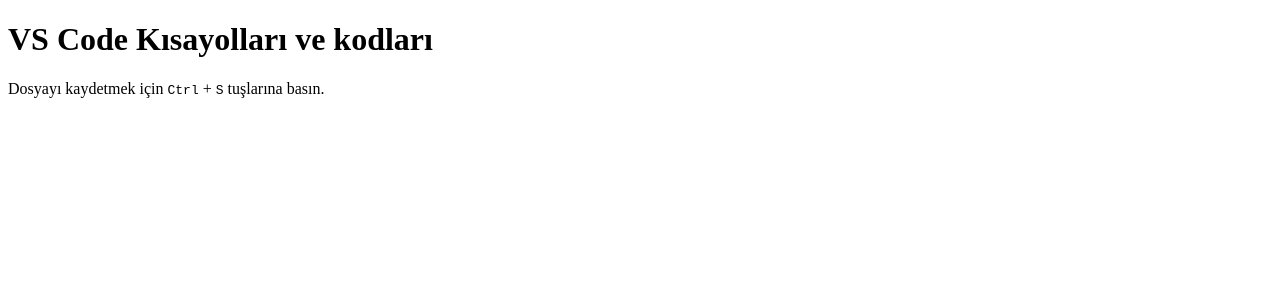
Repository: BeritanBlgn/web-yazilim-muhendisligi
Page: Modul_1/Ders_3/1.3.6_gorev3.html
An editor plug-in stored every save of this project. The page is shown before and after a run of saves, followed by the edit.
The browser window is 1280 px wide. The pictures show the whole page.

Above is the page before, as saved 2026-10-09 22:54:42.

### Modul_1/Ders_3/1.3.6_gorev3.html
<!DOCTYPE html>
<html lang="tr">
<head>
    <meta charset="UTF-8">
    <meta name="viewport" content="width=device-width, initial-scale=1.0">
    <title>Document</title>
</head>
<body>
    <h1>
        VS Code Kısayolları ve kodları

    </h1>
    <p>
        Dosyayı kaydetmek için <kbd>Ctrl</kbd> + <kbd>S</kbd> tuşlarına basın.
    </p>
</body>
</html>

After the next 5 saves:
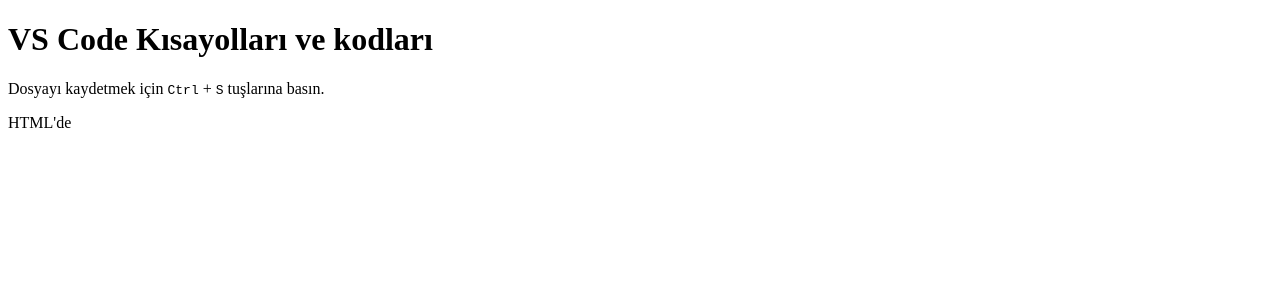
The 5 saves are shown as one change because they came seconds apart.
The last was saved 14 s later.
--- a/Modul_1/Ders_3/1.3.6_gorev3.html
+++ b/Modul_1/Ders_3/1.3.6_gorev3.html
@@ -13,5 +13,8 @@
     <p>
         Dosyayı kaydetmek için <kbd>Ctrl</kbd> + <kbd>S</kbd> tuşlarına basın.
     </p>
+    <p>
+        HTML'de
+    </p>
 </body>
 </html>
